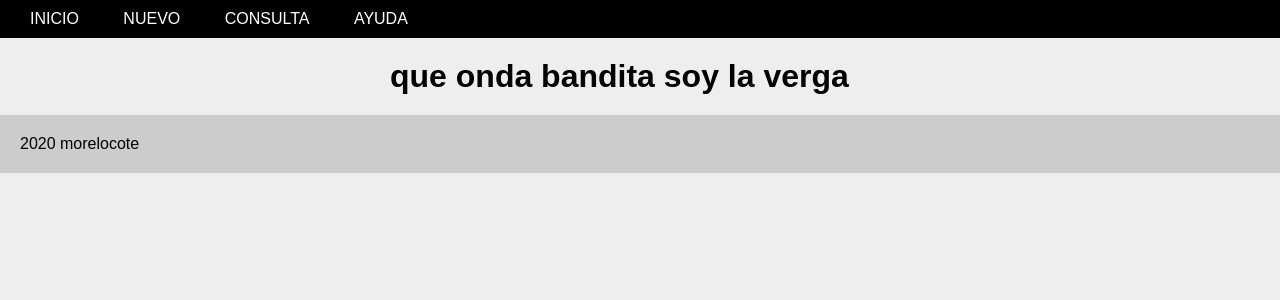
Repository: edgarhdzp/crud-php-poo-mvc-ajax
Page: http://localhost/poomvc/main
An editor plug-in stored every save of this project. The page is shown before and after a run of saves, followed by the edit.
The browser window is 1280 px wide. The pictures show the whole page.
The page is run by PHP 8.4 with error messages shown; the project is at /var/www/html/.

Above is the page before, as saved 2020-06-23 01:05:04.

### index.php
<?php

require_once 'libs/controller.php';
require_once 'libs/model.php';
require_once 'libs/view.php';
require_once 'libs/app.php';
require_once 'config/config.php';

$new = new App();

?>

### libs/controller.php
<?php
//clase padre
class Controller{
    function __construct(){
        //indicamos que se cree una nueva vista para un controlador
        $this->view = new View();

    }
}

?>

### libs/model.php
<?php

class Model{
    function __construct(){

    }
}

?>

### libs/view.php
<?php
//vista madre
class View{
    function __construct(){
    }
    //esta funcion hace el redireccionamiento
    function render($nombre){
        //indicamos la ubicacion y nombre del archivo
        require 'views/' . $nombre . '.php';
    }
}

?>

### libs/app.php
<?php

//archivo de error
require_once 'controllers/error.php';

class App{
    function __construct(){
        //la varible urlsera igual a la url que declaramos en htaccess y en acces es todo el valor que ingrese
        $url = $_GET['url'];
        //aqui con xtrim retiramos los / que no necesitamos en la url
        $url = rtrim($url, '/');
        //buscamos nuestro separador / esto nos devuelve un arreglo
        $url = explode('/', $url);
        //validamos si despues denuestro primer / no hay nada entonces que nos redireccione a main
        if(empty($url[0])){
            $archivoController = 'controllers/main.php';
            require_once $archivoController;
            $controller = new Main();
            return false;
        }
        //declaramos nuestra variable que sera igual a la ubicacion de controlador y url es igual a la clase
        $archivoController = 'controllers/' . $url[0] . '.php';
        //verificmos que el archivo exista
        if(file_exists($archivoController)){
            require_once $archivoController;
            //mandamos llamar nuestra clase que de acuerdo al arreglo sera la posicion 0
            $controller = new $url[0];
            //ahora validamos si nuestra clase viene con algun metodo
            if(isset($url[1])){
                //aqui mandamos llamar dicho metodo el texto que se ingrese manda a llamar dicho metodo
                $controller->{$url[1]}();
            }
            }else{
                $controller = new Fail();
                //si no existe se ejecutara el controlador error
            }
        }
    }

?>

### controllers/error.php
<?php

class Fail extends Controller{
    function __construct(){
        parent::__construct();
        $this->view->mensaje ="valio verga no estas viendo";
        $this->view->render('error/index');
    }
}

?>

### config/config.php
<?php

define('URL', 'http://localhost:8888/poomvc/');

define('HOST','localhost');
define('DB','');
define('USER','root');
define('PASSWORD','root');
define('CHARSET','utf8mb4');


?>

### controllers/main.php
<?php

class Main extends Controller{

    function __construct(){
        parent::__construct();
        $this->view->render('main/index');
        // echo '<p>nuevo controlador main </p>';
    }
    function saludo(){
        echo 'que pedo puto';
    }
}

?>

### views/main/index.php
<!DOCTYPE html>
<html lang="en">
<head>
    <meta charset="UTF-8">
    <meta name="viewport" content="width=device-width, initial-scale=1.0">
    <title>Document</title>
</head>
<body>

<?php require 'views/header.php'; ?>

<div id="main">
<h1>que onda bandita soy la verga</h1>
</div>

<?php require 'views/footer.php'; ?>

</body>
</html>

### views/header.php
<!DOCTYPE html>
<html lang="en">
<head>
    <meta charset="UTF-8">
    <meta name="viewport" content="width=device-width, initial-scale=1.0">
    <link rel="stylesheet" href="<?php echo constant('URL');?>public/css/style.css">
    <title></title>
</head>
<body>
    <div id="header">
    <ul>
    <li><a href="<?php echo constant('URL');?>main">INICIO</a></li>
    <li><a href="<?php echo constant('URL');?>nuevo">NUEVO</a></li>
    <li><a href="<?php echo constant('URL');?>consulta">CONSULTA</a></li>
    <li><a href="<?php echo constant('URL');?>ayuda">AYUDA</a></li>
    </ul>
    </div>
</body>
</html>

### views/footer.php
<div id="footer">
2020 morelocote
</div>

### public/css/style.css
* {
    margin: 0;
    padding: 0;
}

body {
    font-family: Arial, Helvetica, sans-serif;
    background-color: #eee;
}

#header {
    background-color: black;
    padding: 10px;
}

#header ul li {
    list-style: none;
    display: inline;
    padding: 10px;
}

#header ul li a {
    color: white;
    text-decoration: none;
    padding: 10px;
}

#footer {
    background-color: #ccc;
    padding: 20px;
}

#main {
    padding: 20px 0;
    width: 500px;
    margin: 0 auto;
}

After the next 3 saves:
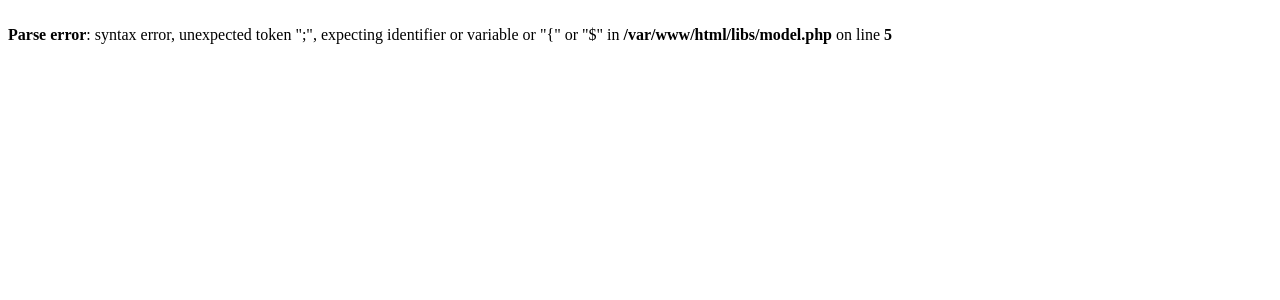
The 3 saves are shown as one change because they came seconds apart.
The last was saved 11 h 16 min later.
--- a/libs/model.php
+++ b/libs/model.php
@@ -2,6 +2,7 @@
 
 class Model{
     function __construct(){
+        $this->;
 
     }
 }

After the save that followed:
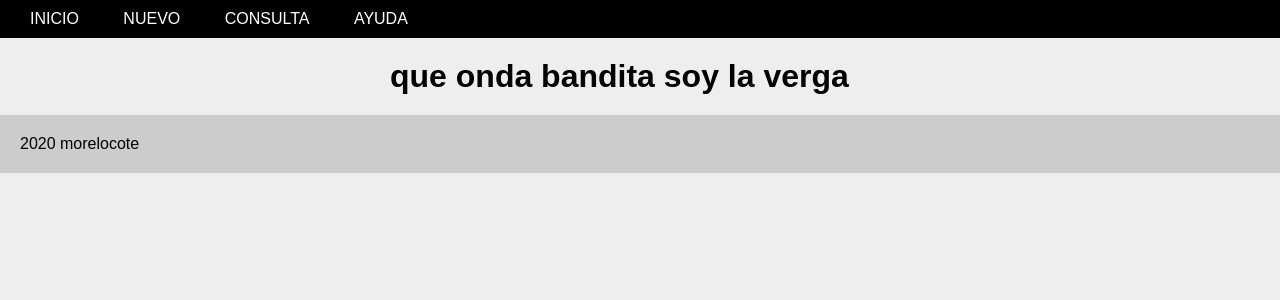
Saved 5 s later.
--- a/libs/model.php
+++ b/libs/model.php
@@ -2,7 +2,7 @@
 
 class Model{
     function __construct(){
-        $this->;
+        $this->d;
 
     }
 }
